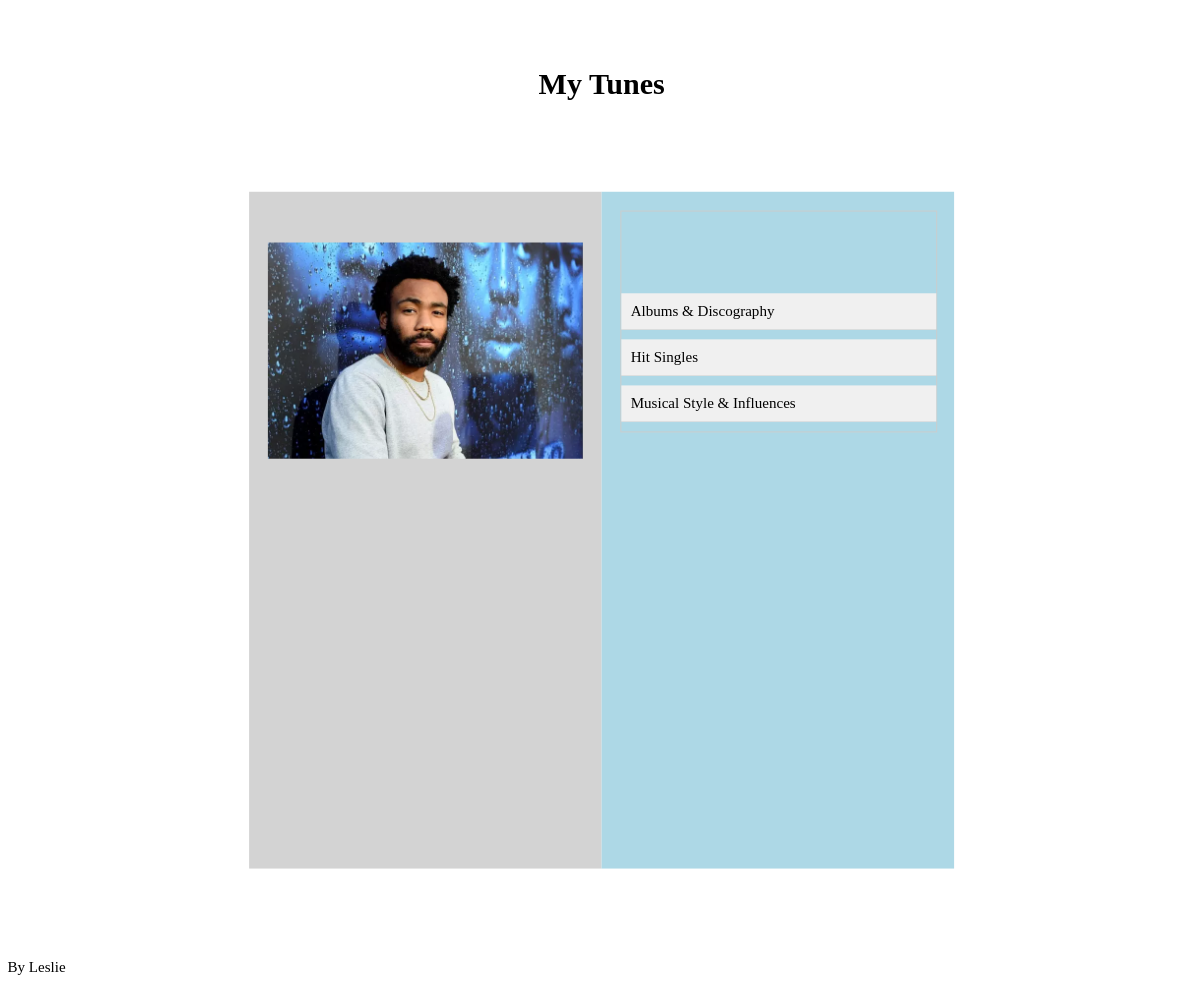
Repository: leslie179/labOne
Page: /
The author's editor kept a copy of each file at every save. The page is drawn from the files as they stood at one save, then again after a run of saves.
The browser window is 1280 px wide. The pictures show the whole page, at 94% of full size.
The project was rebuilt for these pictures with package versions that can differ from the ones it lists, and the page was loaded fresh each time. The framework's server and built-in components were replaced by stand-ins that run in the browser. Also part of the build but not shown: next.config.js, components/Footer/Footer.module.css.

Above is the page before, as saved 2024-09-15 22:09:27.

After the next 2 saves:
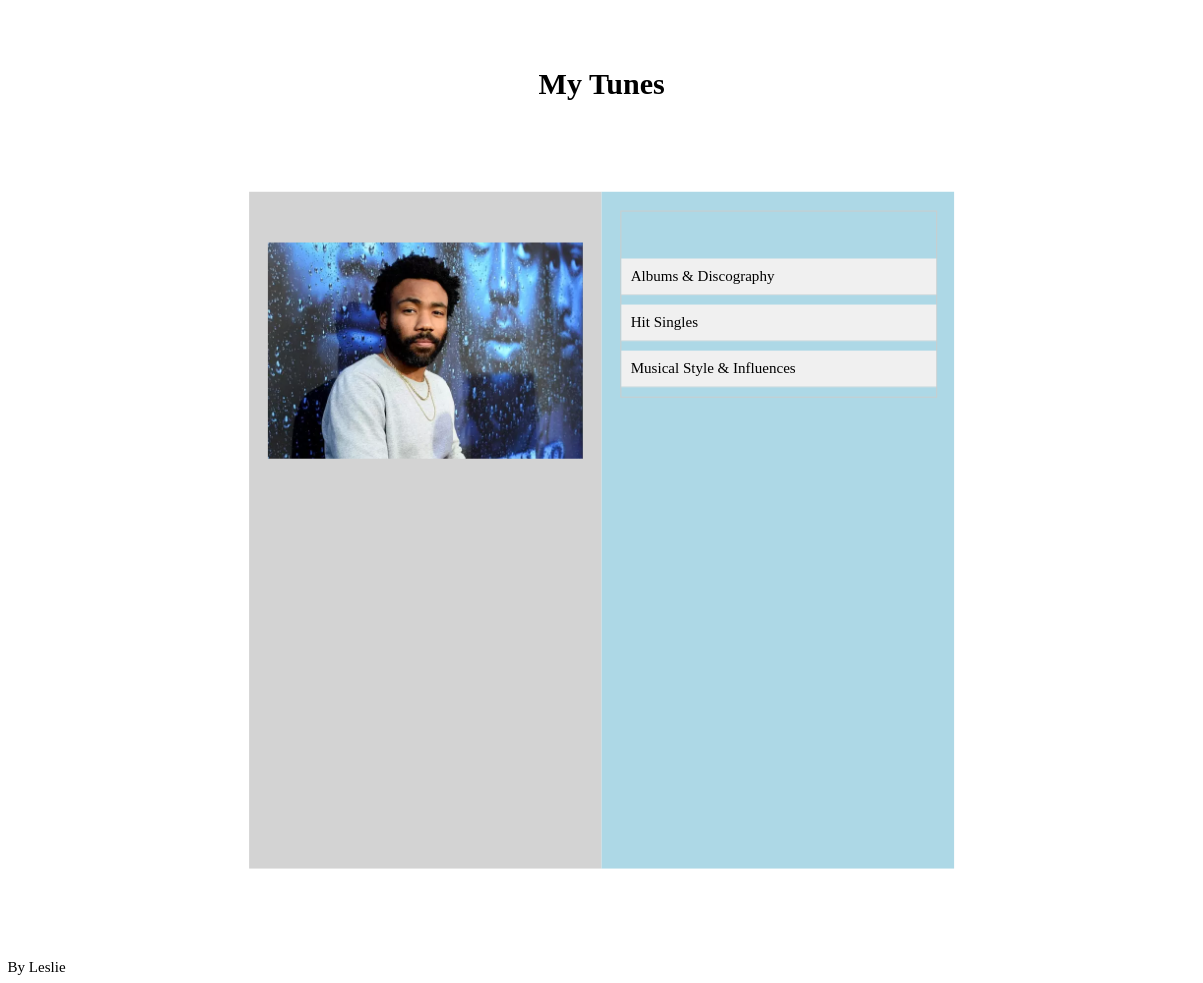
The 2 saves are shown as one change because they came seconds apart.
The last was saved 10 s later.
--- a/components/RightComponent/RightComponent.module.css
+++ b/components/RightComponent/RightComponent.module.css
@@ -10,7 +10,7 @@
 .accordion {
     border: 1px solid #ccc;
     width: 100%;
-    padding-top: 26%;
+    padding-top: 15%;
 }
 
 .item {
